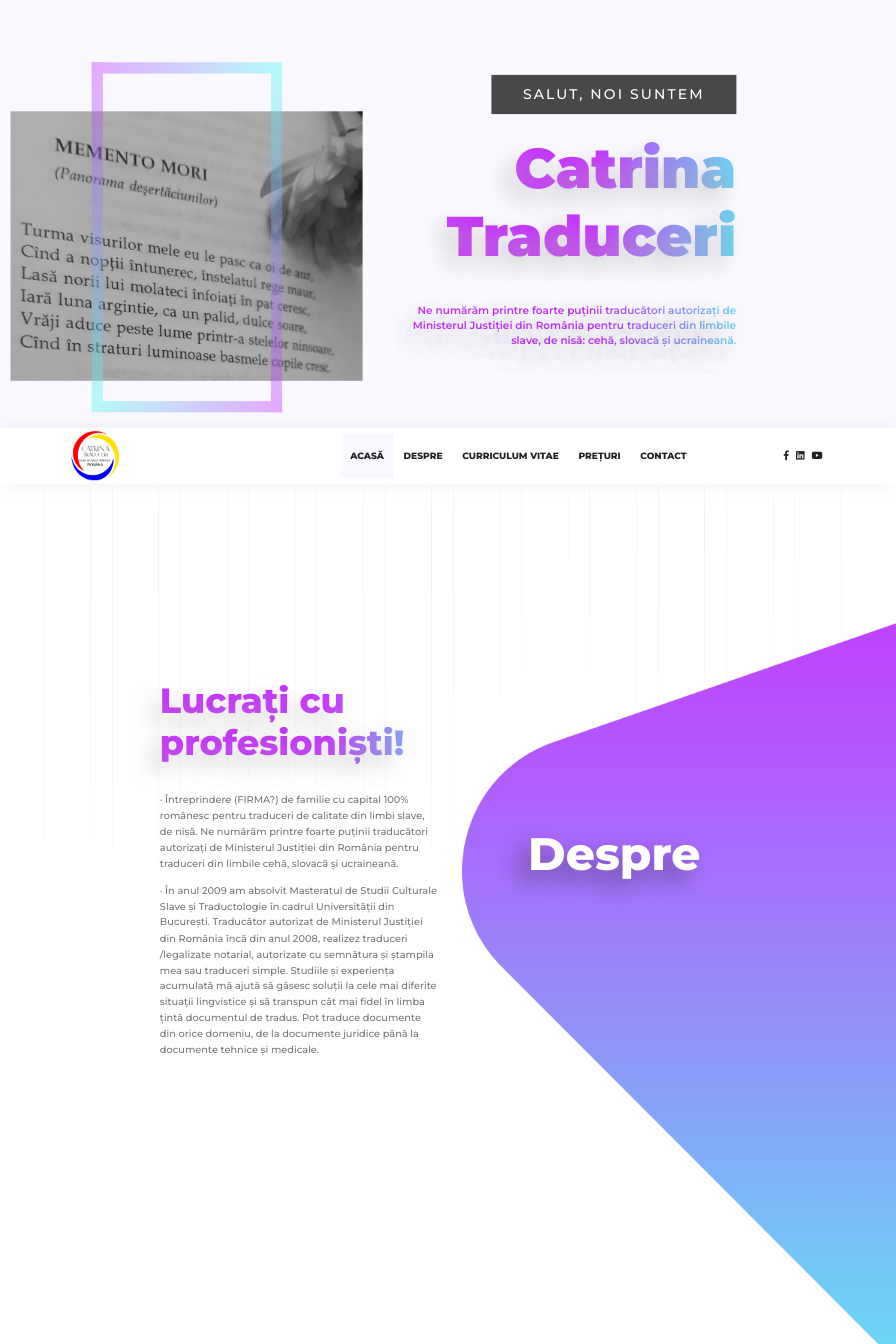
Repository: roscaImarius/site_traduceri
Page: index.html
An editor plug-in stored every save of this project. The page is shown before and after the next save, followed by the edit.
The browser window is 1280 px wide. The pictures show the part of the page from y = 0 to 1920 px (the page is 7580 px tall), at 70% of full size.

Above is the page before, as saved 2022-03-17 14:49:06.

### index.html
<!DOCTYPE html>
<html lang="en" class="no-js">
  <head>
    <meta
      name="viewport"
      content="width=device-width, initial-scale=1, shrink-to-fit=no"
    />
    <meta name="author" content="CodePixar" />
    <meta name="description" content="" />
    <meta name="keywords" content="" />
    <meta charset="UTF-8" />

    <title>Traduceri</title>

    <link
      href="https://fonts.googleapis.com/css?family=Montserrat:500,600,700,800,900"
      rel="stylesheet"
    />
    <link
      href="https://fonts.googleapis.com/css?family=Open+Sans:400,600"
      rel="stylesheet"
    />
    <!-- ===========================================
		CSS Files
    ============================================= -->
    <link rel="stylesheet" href="css/font-awesome.min.css" />
    <link rel="stylesheet" href="css/bootstrap.css" />
    <link rel="stylesheet" href="css/main.css" />
  </head>

  <body class="version5" id="top">
    <div class="se-pre-con"></div>

    <!--================ Start Banner Area =================-->
    <section class="home-area" id="home">
      <div class="banner-area relative">
        <div class="container-fluid">
          <div class="row justify-content-start height align-items-center">
            <div class="col-lg-5 col-md-6 col-sm-12">
              <div class="banner-img">
                <img class="img-fluid" src="img/banner-img5.jpg" alt="" />
              </div>
            </div>
            <div class="col-lg-5 col-md-6 col-sm-12">
              <div class="banner-content text-right">
                <h4 class="mb-30 hello text-uppercase text-white">
                  Salut, noi suntem
                </h4>
                <h1 class="name">Catrina Traduceri</h1>
                <p class="mt-5 h6 pHome dark">
                  Ne numărăm printre foarte puținii traducători autorizați de
                  Ministerul Justiției din România pentru traduceri din limbile
                  slave, de nisă: cehă, slovacă și ucraineană.
                </p>
              </div>
            </div>
          </div>
        </div>
      </div>
    </section>
    <!--================Header Menu Area =================-->
    <header class="header_area" id="header5">
      <div class="main_menu">
        <nav class="navbar navbar-expand-lg">
          <div class="container-fluid">
            <!-- Brand and toggle get grouped for better mobile display -->
            <a class="navbar-brand logo_h" href="index.html"
              ><img class="logoo" src="img/logo5_1.png" alt=""
            /></a>
            <button
              class="navbar-toggler"
              type="button"
              data-toggle="collapse"
              data-target="#navbarSupportedContent"
              aria-controls="navbarSupportedContent"
              aria-expanded="false"
              aria-label="Toggle navigation"
            >
              <i class="fas fa-bars"></i>
            </button>
            <!-- Collect the nav links, forms, and other content for toggling -->
            <div
              class="collapse navbar-collapse offset"
              id="navbarSupportedContent"
            >
              <ul class="nav navbar-nav menu_nav ml-auto nav5">
                <li class="nav-item active5">
                  <a class="nav-link" href="#home">Acasă</a>
                </li>
                <li class="nav-item">
                  <a class="nav-link" href="#about">Despre</a>
                </li>
                <li class="nav-item">
                  <a class="nav-link" href="#resume">Curriculum Vitae</a>
                </li>
                <li class="nav-item">
                  <a class="nav-link" href="#portfolio">prețuri</a>
                </li>
                <li class="nav-item">
                  <a class="nav-link" href="#contact">contact</a>
                </li>
              </ul>

              <!-- SOCIAL MEDIA -->
              <ul class="nav navbar-nav social-icons">
                <li class="nav-item">
                  <a href="https://www.facebook.com/catrina.traduceri">
                    <i class="fab fa-facebook-f"></i>
                  </a>
                </li>
                <li class="nav-item">
                  <a
                    href="https://www.linkedin.com/in/ionut-catrina-405244178/"
                  >
                    <i class="fab fa-linkedin"></i>
                  </a>
                </li>
                <li class="nav-item">
                  <a href="#">
                    <i class="fab fa-youtube"></i>
                  </a>
                </li>
              </ul>
            </div>
          </div>
        </nav>
      </div>
    </header>

    <!--================ Start About Area =================-->
    <section class="about-area section-gap-top-5 relative" id="about">
      <div class="container-fluid">
        <div class="row row-reverse">
          <div class="offset-lg-2 col-lg-4 col-md-12">
            <h2 class="heading mb-40">Lucrați cu profesioniști!</h2>
            <p>
              &middot; Întreprindere (FIRMA?) de familie cu capital 100%
              românesc pentru traduceri de calitate din limbi slave, de nișă. Ne
              numărăm printre foarte puținii traducători autorizați de
              Ministerul Justiției din România pentru traduceri din limbile
              cehă, slovacă și ucraineană.
            </p>
            <p class="mb-50">
              &middot; În anul 2009 am absolvit Masteratul de Studii Culturale
              Slave și Traductologie în cadrul Universității din București.
              Traducător autorizat de Ministerul Justiției din România încă din
              anul 2008, realizez traduceri /legalizate notarial, autorizate cu
              semnătura și ștampila mea sau traduceri simple. Studiile și
              experiența acumulată mă ajută să găsesc soluții la cele mai
              diferite situații lingvistice și să transpun cât mai fidel în
              limba țintă documentul de tradus. Pot traduce documente din orice
              domeniu, de la documente juridice până la documente tehnice și
              medicale.
            </p>
          </div>

          <div class="col-lg-6 p-0 col-md-12">
            <div class="right-side">
              <h2 class="text-white right-heading">Despre</h2>
            </div>
          </div>
        </div>
      </div>
    </section>

    <!--================ Start Experience Area =================-->
    <section class="experience-area relative" id="resume">
      <div class="container-fluid">
        <div class="row">
          <div class="col-lg-6 p-0 col-md-12">
            <div class="left-side">
              <h2 class="text-white indented cv left-heading">C.V.</h2>
            </div>
          </div>

          <div class="xpDiv col-lg-4 md-mr col-md-12">
            <h2 class="heading mb-80">Experiență</h2>
            <div class="resume-content">
              <div class="work-exp mb-50">
                <p>
                  Am o colaborare de lungă durată, bazată pe profesionalism, cu
                  Birouri Notariale, Tribunale, Poliția Română și numeroase
                  birouri de traduceri și firme din București și din toată țara.
                  În urma absolvirii unui curs specializat, am obținut
                  calificarea de trainer de limba română pentru străini.
                  Experiență în domeniul Proiectelor finanțate din fonduri
                  europene (POSDRU). In perioada 1.7.2010 - 1.11.2013 am ocupat
                  pozitia de Responsabil vizite de studiu – schimb de experiență
                  în cadrul unor proiecte transnaționale (între România și
                  Republica Cehă).
                </p>
              </div>

              <h2 class="heading mt-120 mb-80">Education</h2>
              <div class="study">
                <h4 class="subject">Master</h4>
                <p>
                  <span class="title">Session</span>
                  <span class="info">: 2010-11</span>
                </p>
                <p>
                  <span class="title">Result</span>
                  <span class="info">: 3.78 (In the Scale of 4.00)</span>
                </p>
              </div>

              <div class="study">
                <h4 class="subject">Bachelor</h4>
                <p>
                  <span class="title">Session</span>
                  <span class="info">: 2006-09</span>
                </p>
                <p>
                  <span class="title">Result</span>
                  <span class="info">: 3.40 (In the Scale of 4.00)</span>
                </p>
              </div>

              <div class="study">
                <h4 class="subject">Diploma</h4>
                <p>
                  <span class="title">Session</span>
                  <span class="info">: 20063-06</span>
                </p>
                <p>
                  <span class="title">Result</span>
                  <span class="info">: 4.94 (In the Scale of 5.00)</span>
                </p>
              </div>
            </div>
          </div>
        </div>
      </div>
    </section>

    <!--================ Start PRICE Area =================-->
    <section class="price-area section-gap-top-5 relative" id="portfolio">
      <div class="container-fluid">
        <div class="row row-reverse">
          <div class="divFaraPret offset-lg-2 col-lg-4 col-md-12">
            <h2 class="heading mb-40">Detalii tarife</h2>
            <h1>Text</h1>
            <p>
              Lorem ipsum dolor sit amet consectetur adipisicing elit. Tempora
              omnis rem magnam voluptatum molestiae, unde id fuga illum
              consequatur nisi? Unde voluptates quia enim ab quae consequatur.
              Doloremque amet eveniet autem hic error veniam ullam aliquid
              aperiam corrupti expedita tempora fugiat, accusantium esse alias
              ea quam architecto totam perferendis, eum excepturi consectetur,
              distinctio placeat! A iure sint corporis fuga aperiam quo incidunt
              enim aut vel totam, dolorum architecto sed placeat, doloribus quam
              fugit! Deserunt iure eligendi at laborum corrupti libero,
              molestias, aliquid hic, nihil non ad voluptatum esse molestiae
              quam culpa sit quos! Maiores molestiae ab laboriosam nam magnam,
              illo eligendi dolorem explicabo. Expedita consequatur debitis
              ratione excepturi exercitationem quam neque quaerat magni aliquid
              voluptate, velit voluptatem ut quasi facilis totam ipsa nulla unde
              assumenda perspiciatis non sequi pariatur repellat? Dicta voluptas
              magni id omnis eveniet sunt consectetur aperiam necessitatibus
              sequi tempora quos neque sit iure aspernatur deserunt atque cum,
              debitis quibusdam inventore facilis velit, consequatur nobis
              excepturi. Suscipit dolorem, quisquam quos non reiciendis, earum
              repudiandae error nobis aspernatur optio expedita eligendi atque
              odit nihil ullam cumque a sunt aperiam culpa obcaecati corporis
              iusto? Magnam sequi, necessitatibus nemo odit illo nobis aut,
              voluptas suscipit consequuntur voluptatibus nisi earum. Dolor,
              aperiam?
            </p>
          </div>

          <div class="divPreturi col-lg-6 p-0 col-md-12">
            <div class="right-side">
              <h2 class="text-white right-heading">Prețuri</h2>
            </div>
          </div>
        </div>
      </div>
    </section>

    <!--================ Start CONTACT Area =================-->
    <section class="client-area relative" id="contact">
      <div class="container-fluid">
        <div class="row">
          <div class="col-lg-6 p-0 col-md-12">
            <div class="left-side">
              <h2 class="text-white left-heading">Contact</h2>
            </div>
          </div>

          <div class="contactDiv offset-lg-2 col-lg-4 col-md-12">
            <div class="form-area text-left">
              <h5><i>Telefon:</i></h5>
              <p>+40 726 471 135 <br /></p>
            </div>

            <div class="form-area text-left">
              <h5><i>E-mail:</i></h5>
              <p>catrina.traduceri@yahoo.com</p>
            </div>

            <div class="form-area adresa text-left">
              <h5><i>Adresă:</i></h5>
              <p>
                Calea Dorobantilor nr. 135-145, bl. 10, sc. C, Ap. 156, sector
                1, Bucuresti.
              </p>
            </div>
            <img class="mapa" src="./img/mapa.png" alt="" />
            <img class="mapa" src="./img/mapa.png" alt="" />
            <img class="mapa" src="./img/mapa.png" alt="" />
          </div>
        </div>
      </div>
    </section>

    <!--= Start Scroll to Top Area ########## -->
    <div id="back-top">
      <a title="Go to Top" href="#">
        <i class="fas fa-angle-up"></i>
      </a>
    </div>

    <script src="js/vendor/jquery-2.2.4.min.js"></script>
    <!-- <script src="js/popper.min.js"></script> -->
    <script src="js/vendor/bootstrap.min.js"></script>
    <script src="js/jquery.ajaxchimp.min.js"></script>
    <script src="js/counter-up.js"></script>
    <script src="js/isotope.pkgd.min.js"></script>
    <script src="js/waypoints.min.js"></script>
    <script src="js/main.js"></script>
  </body>
</html>

Loaded but not shown: css/font-awesome.min.css (library); css/bootstrap.css (library); js/vendor/jquery-2.2.4.min.js (library); js/vendor/bootstrap.min.js (library); js/jquery.ajaxchimp.min.js (library); js/isotope.pkgd.min.js (library); js/waypoints.min.js (library); js/main.js (150 lines, source omitted); js/counter-up.js (8 lines, source omitted); css/main.css (1566 lines, source omitted)

After the next save:
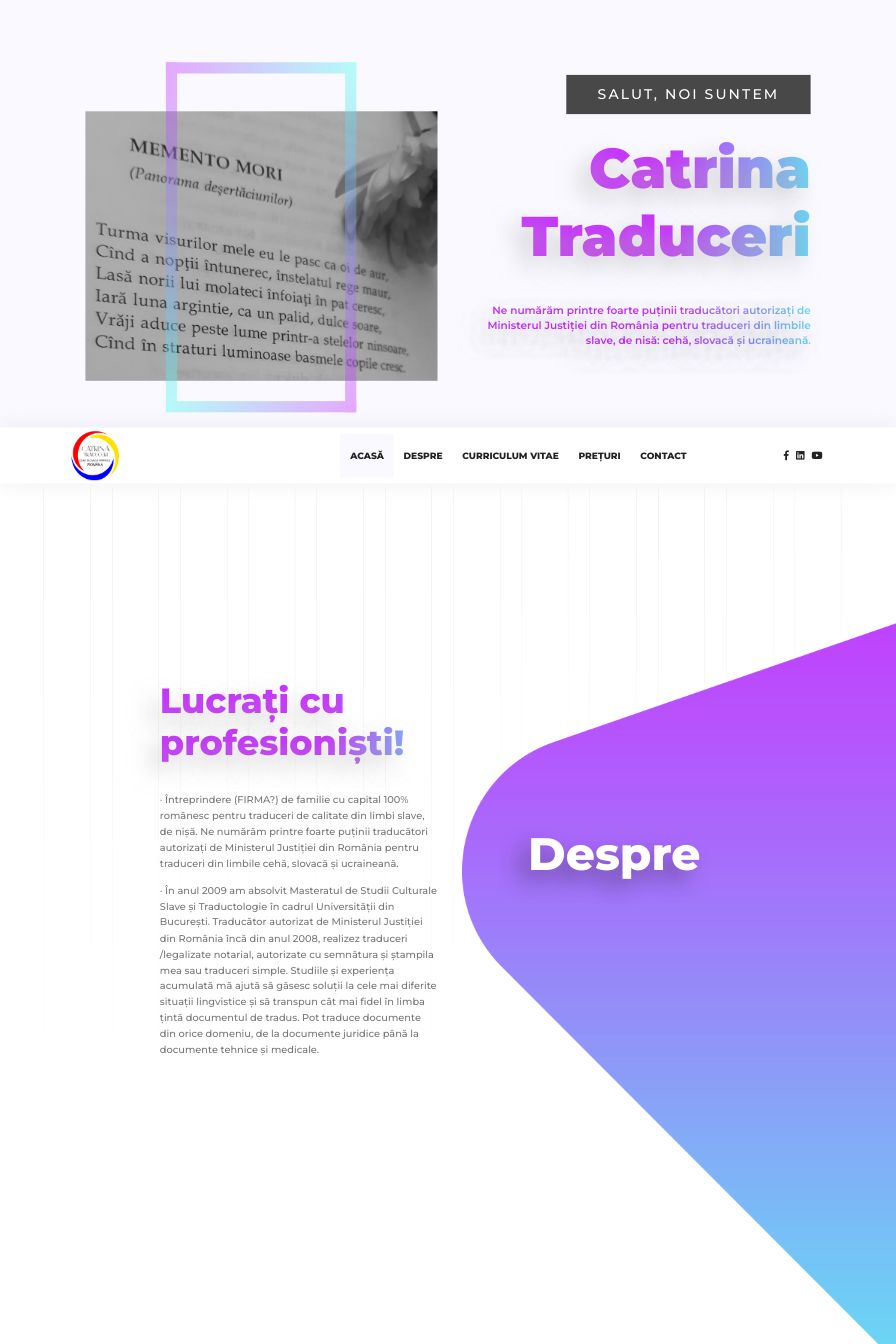
Saved 51 s later.
--- a/index.html
+++ b/index.html
@@ -35,7 +35,7 @@
     <section class="home-area" id="home">
       <div class="banner-area relative">
         <div class="container-fluid">
-          <div class="row justify-content-start height align-items-center">
+          <div class="row justify-content-center height align-items-center">
             <div class="col-lg-5 col-md-6 col-sm-12">
               <div class="banner-img">
                 <img class="img-fluid" src="img/banner-img5.jpg" alt="" />

After the save that followed:
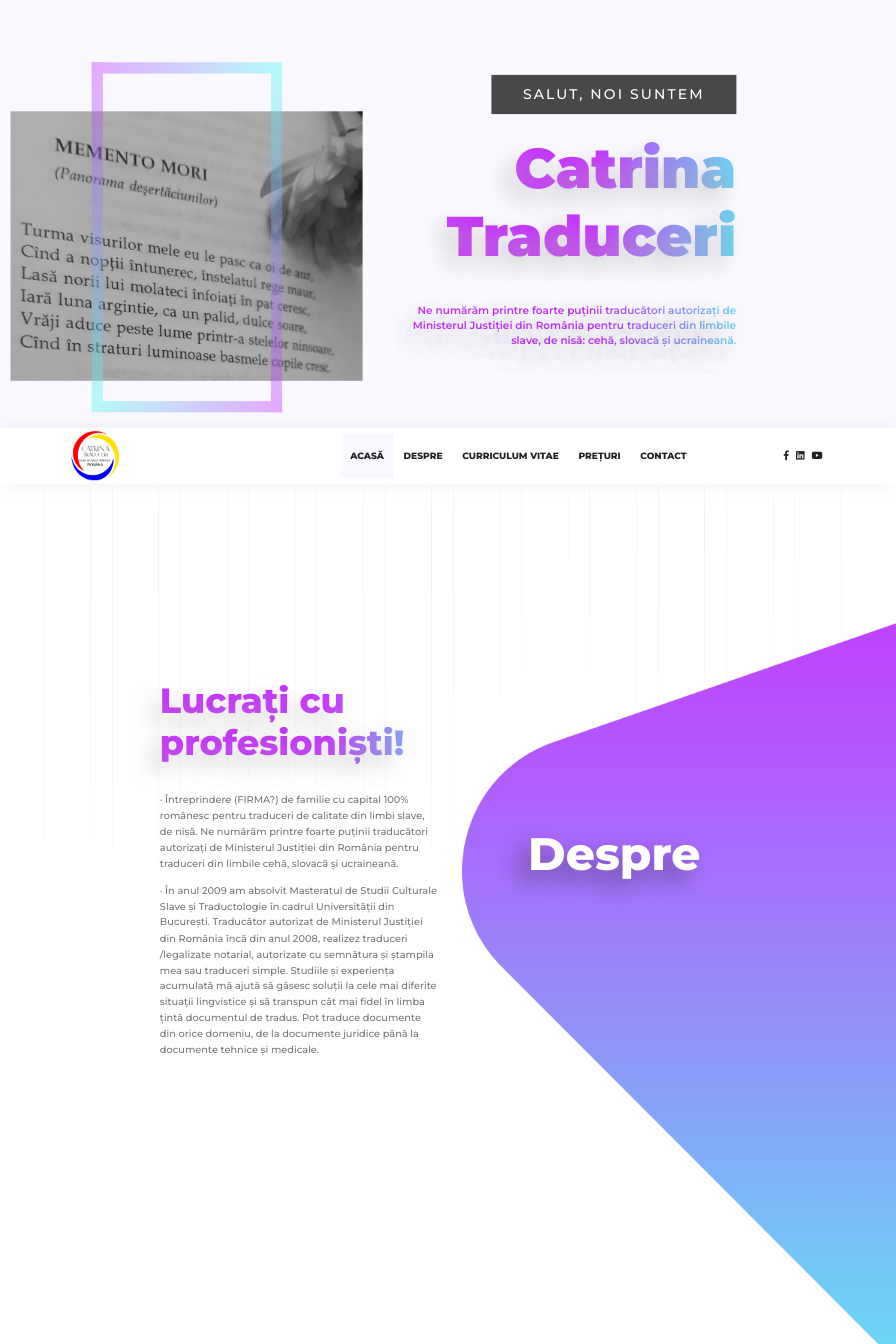
Saved 16 s later.
--- a/index.html
+++ b/index.html
@@ -35,7 +35,7 @@
     <section class="home-area" id="home">
       <div class="banner-area relative">
         <div class="container-fluid">
-          <div class="row justify-content-center height align-items-center">
+          <div class="row justify-content-start height align-items-center">
             <div class="col-lg-5 col-md-6 col-sm-12">
               <div class="banner-img">
                 <img class="img-fluid" src="img/banner-img5.jpg" alt="" />
